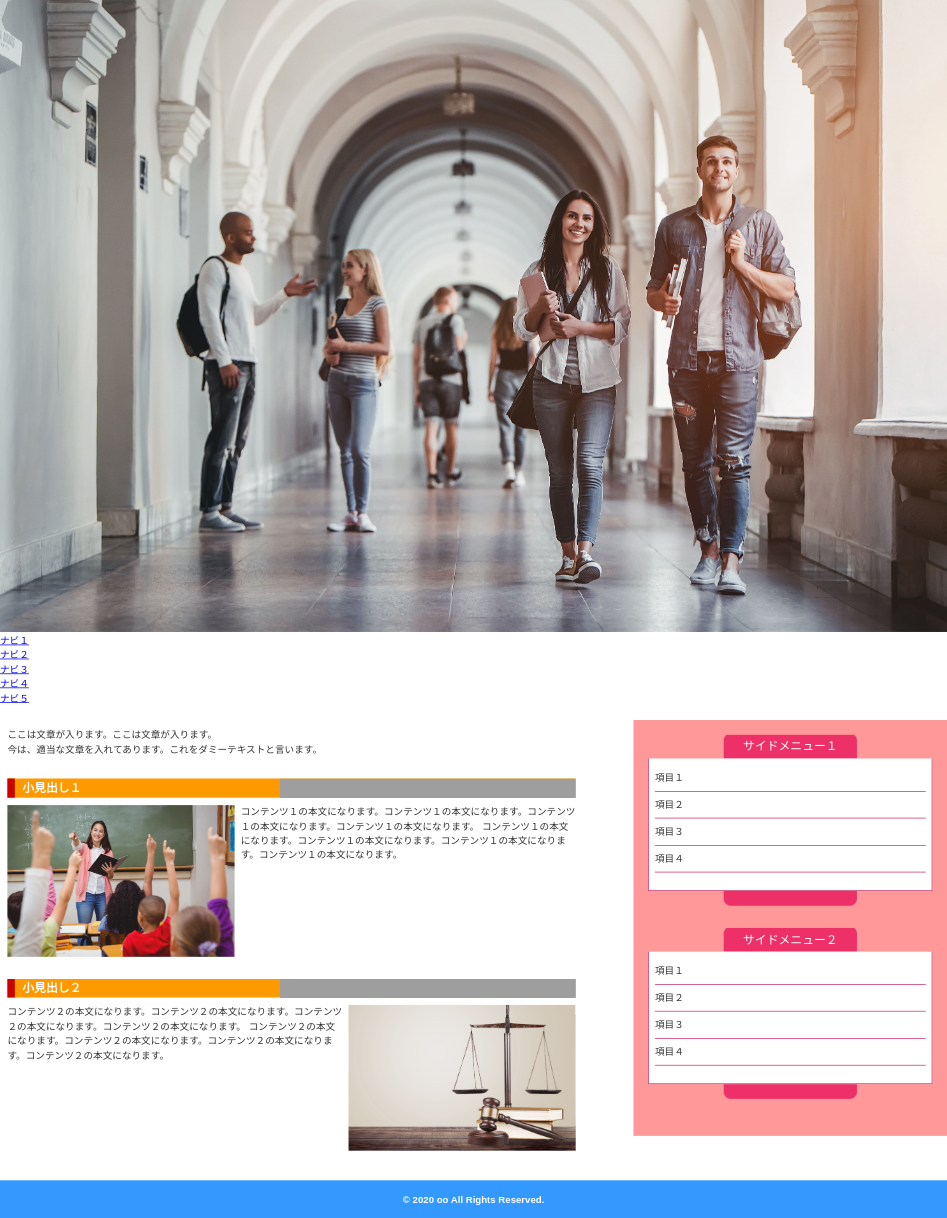
Repository: komikomi650/samurai_HTML-CSS
Page: samurai_html_4/home.html
The author's editor kept a record of every edit. The page is drawn from the files as they stood at one moment, then again after the next edit.
The browser window is 1280 px wide. The pictures show the whole page, at 74% of full size.
Pictures or frames that could not be fetched are drawn as grey boxes.

Above is the page before.

After the next edit:
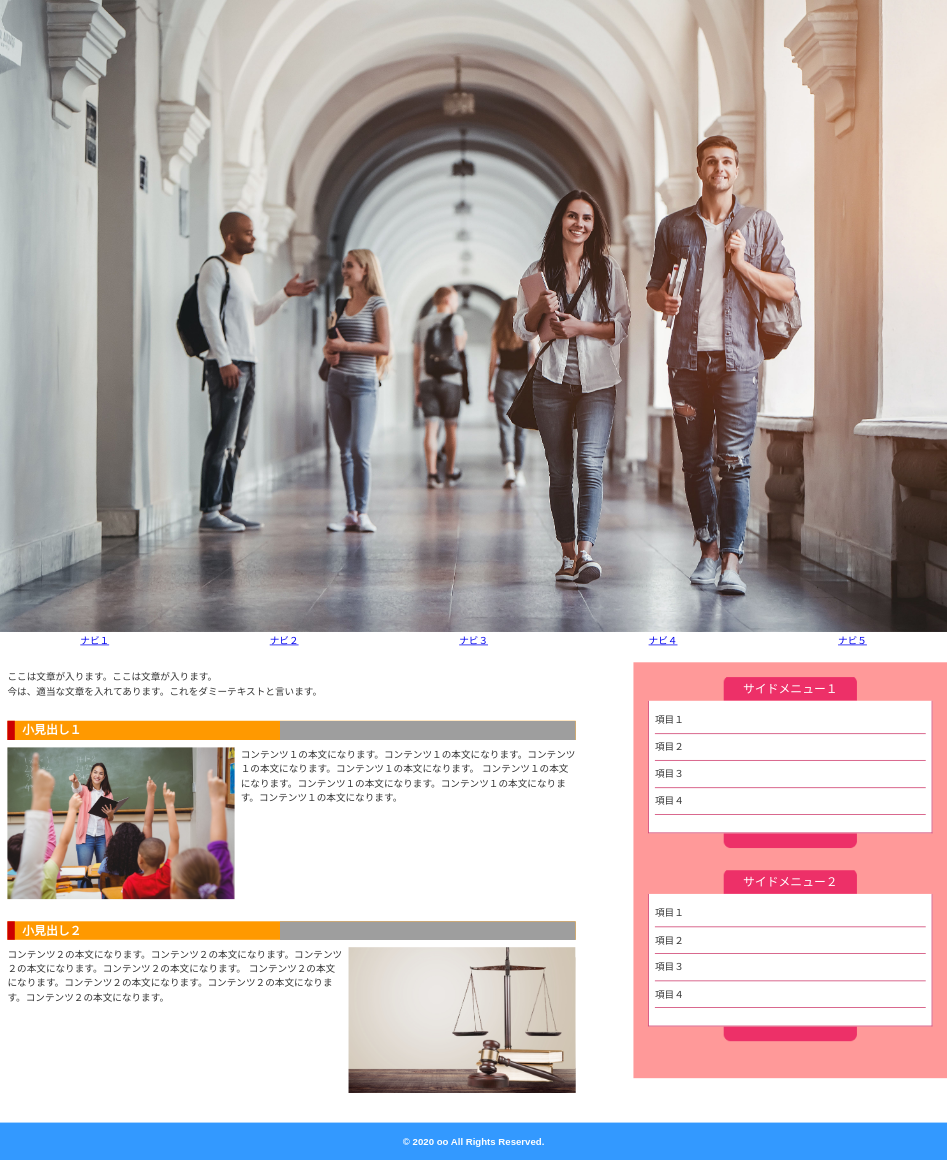
The edit:
--- a/samurai_html_4/stylesheet.css
+++ b/samurai_html_4/stylesheet.css
@@ -60,7 +60,12 @@
     float: left;
     width: 20%;
     text-align: center;
-}
+}*/
+#nav ul li {
+    float: left;
+    width: 20%;
+    text-align: center;
+}*/
 #nav ul li a {
     display: block;
     height: 20px;
